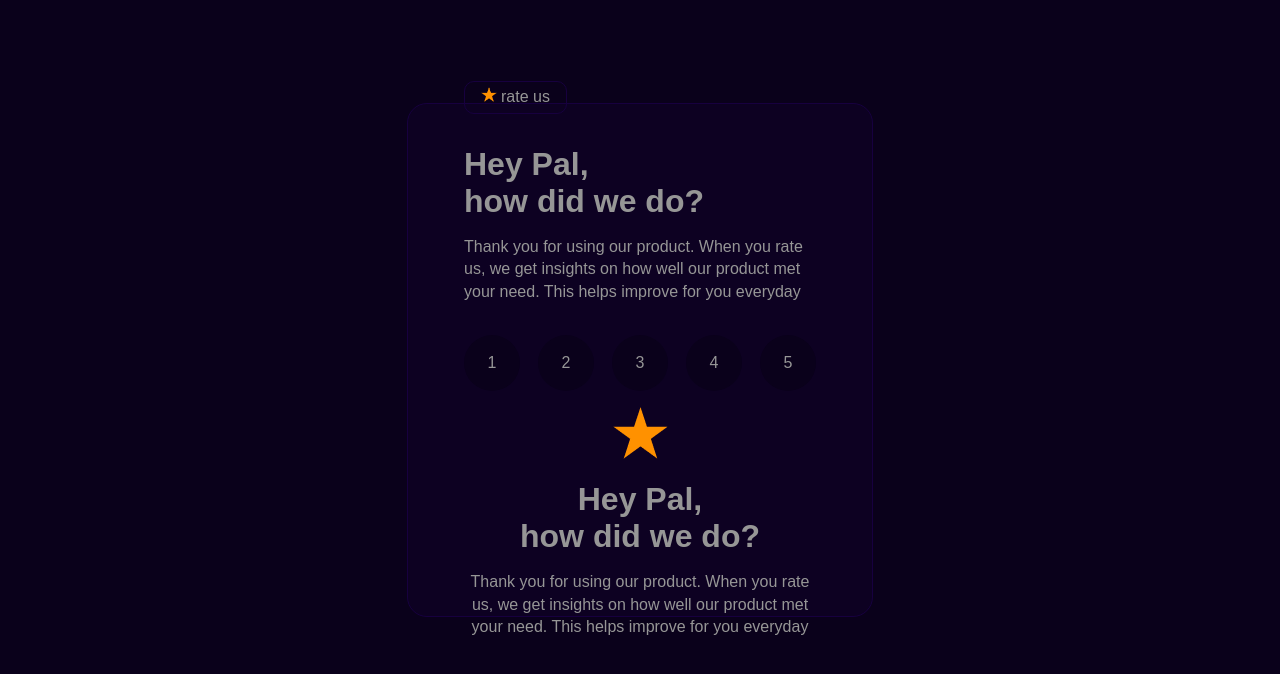
Repository: russel-success/xcodepp-TASK-2
Page: index.html
These files come from the project's save history. The page is drawn as it stood at one moment and after the next save; the edit follows.
The browser window is 1280 px wide. The pictures show the whole page.

Above is the page before, as saved 2024-05-27 17:22:49.

### index.html
<!DOCTYPE html>
<html lang="en">
<head>
    <meta charset="UTF-8">
    <meta name="viewport" content="width=device-width, initial-scale=1.0">
    <link rel="stylesheet" href="styles/styles.css">
    <title>Ratings</title>
</head>
<body>
    <div class="container">
        <div class="card-container">
            <div class="submit-state-container">
                <div class="rate-us">
                    <span><img src="assets/star.png" alt=""></span><span><p>rate us</p></span>
                </div>
                <div class="body-text-container">
                    <h1>Hey Pal,<br> how did we do?</h1>
                    <p class="body-text">Thank you for using our product. When you rate us, we get insights on how well our product met your need. This helps improve for you everyday</p>
                </div>
                <div class="ratings-container">
                    <div class="rating">1</div>
                    <div class="rating">2</div>
                    <div class="rating">3</div>
                    <div class="rating">4</div>
                    <div class="rating">5</div>
                </div>
                <!-- <div class="button-container"><button class="submit">submit</button></div> -->
            </div>
            <div class="feedback-state-container">
                <div class="rate-and-star">
                    <div id="rate-value"></div>
                    <div id="fd-star">
                        <img src="assets/star.png" alt="">
                    </div><br>
                </div>

                <div class="body-text-container">
                    <h1>Hey Pal,<br> how did we do?</h1>
                    <p class="body-text">Thank you for using our product. When you rate us, we get insights on how well our product met your need. This helps improve for you everyday</p>
                </div>

        </div>
    </div>
    </div>
    <script src="script.js"></script>
</body>
</html>

### styles/styles.css
:root{
    --prim-purple:rgb(8, 1, 30);
    --headline:Arial, Helvetica, sans-serif ;
}
*{
    padding:0;
    margin:0;
    transition:0.3s ease;
}
.container{
    background:rgb(10, 1, 27);
    width:100vw;
    height:100vh;
    display:flex;
    justify-content: center;
    align-items: center;
}
.submit-state-container{
    display:contents;
}
.feedback-state-container{
    display:none;
    text-align:center;
    display:flex;
    align-items:center;
    justify-content: center;
    flex-direction:column;

}
.card-container{
    width:30%;
    min-width:240px;
    height:60%;
    min-height:250px;
    box-sizing:content-box;
    padding:40px;
    margin:24px;
    border-radius: 20px;
    border:1px solid rgb(23, 0, 63);
    background:rgb(13, 1, 34);
    color:rgb(150, 150, 150);
    font-family:var(--headline);
    line-height: 1.4rem;
    font-weight:100;
    display:flex;
    /* align-items:center; */
    justify-content: center;
    flex-direction:column;
    transition:box-sizing 0.8s ease;
}
.rate-us{
    display: flex;
    justify-content:left;
    align-items: center;
    gap:4px;
    margin:16px;
    padding:4px 16px;
    border:1px solid rgb(23, 0, 63);
    border-radius:10px;
    width:fit-content;
    height:fit-content;
}
.rate-us img{
    width:16px;
}
.body-text-container{
    width:fit-content;
    height:fit-content;
    padding:16px;
    display:flex;
    flex-direction: column;
    gap:16px;
}
h1{
    line-height: normal;
    font-weight:700;
}
.body-text{
    color:inherit;
}
.ratings-container{
    display:flex;
    justify-content:space-between;
    align-items: center;
    width:auto;
    height:56px;
    /* border:1px solid white; */
    margin:16px;
}
.rating{
    /* border:1px solid white; */
    width:56px;
    height:56px;
    /* min-width:40px;
    min-height:40px; */
    text-align:center;
    align-content:center;
    border-radius:28px;
    background:rgb(10, 1, 27);
    color:rgb(150, 150, 150);
    transition:background 0.3s ease;
    cursor:pointer;
}
.rating:hover{
    background:rgb(150, 150, 150);
    color:rgb(13, 1, 34);
}

.chosen-rating{
    background:rgb(255, 145, 0);
    color:rgb(13, 1, 34);
}
.button-container{
    display:flex;
    justify-content:center;
    align-items: center;
    width:auto;
    height:auto;
    padding:8px 16px;
}
.submit{
    width:100%;
    height:fit-content;
    padding:12px 0;
    border-radius:10px;
    border:1px solid rgb(23, 0, 63);
    background:rgb(150, 150, 150);
    transition: 0.2s ease;
    cursor:pointer;
    transform:translate3d(0,15px,100px);
    opacity:0;
    animation: slide-in 0.7s 0.1s forwards;
}
.submit:hover{
    background:rgb(138, 138, 138);
}
.rate-and-star{
    display:flex;
    justify-content: center;
    align-items:center;
    gap:4px;
    height:fit-content;
}
#rate-value{
    font-size:8rem;
}
#fd-star{
    text-align:center;
    width:auto;

}
@keyframes slide-in{
    /* 0%{transform:translate3d(0,100px,20px)} */
    100%{transform:translate3d(0,0,0); opacity:1}
}
@media screen and (max-width:360px){
   text{
    font-size:0.9rem;
   }
   .card-container{
    height:40%;
    padding:32px;
    box-sizing:content-box;
   }
   .rating{
    width:40px;
    height:40px;
    border-radius:20px;
    font-size:0.8rem;
   }
}

### script.js
var ratings=document.querySelectorAll(".rating");
const card_container=document.querySelector(".card-container");
const submit_state_container=document.querySelector(".submit-state-container");
const feedback_state_container=document.querySelector(".feedback-state-container");
const button_container=document.createElement("div");
button_container.classList.add("button-container");
const submit=document.createElement("button");
submit.classList.add("submit");
submit.textContent="submit";
//rating user chose, displayed in feedback message
rate_span=document.querySelector("#rate-value");

// console.log(ratings[1].textContent);
ratings.forEach(element=>{
    element.addEventListener("click",()=>{
        ratings.forEach(element=>{
            element.classList.remove('chosen-rating');
        })
        element.classList.add('chosen-rating');
        var rate_val=element.textContent;
        rate_span.textContent=rate_val;
       for(var i=0; i<element.textContent; i++){
        ratings[i].classList.add('chosen-rating');
       }
       button_container.appendChild(submit);
      submit_state_container.appendChild(button_container);

    });


});

submit.addEventListener("click",()=>{
    submit_state_container.style.display="none";
    feedback_state_container.style.display="contents";
    console.log(rate_span.textContent);
});

After the next save:
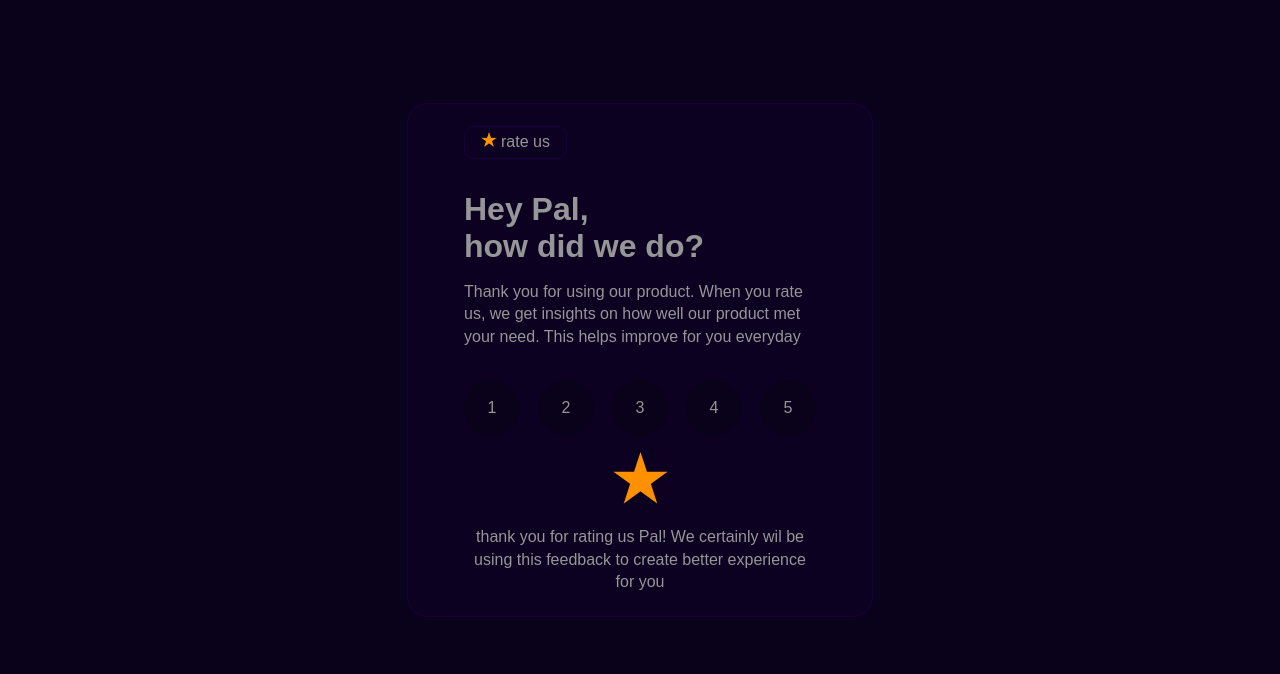
Saved 4 s later.
--- a/index.html
+++ b/index.html
@@ -35,8 +35,7 @@
                 </div>
 
                 <div class="body-text-container">
-                    <h1>Hey Pal,<br> how did we do?</h1>
-                    <p class="body-text">Thank you for using our product. When you rate us, we get insights on how well our product met your need. This helps improve for you everyday</p>
+                    <p>thank you for rating us Pal! We certainly wil be using this feedback to create better experience for you</p>
                 </div>
 
         </div>
